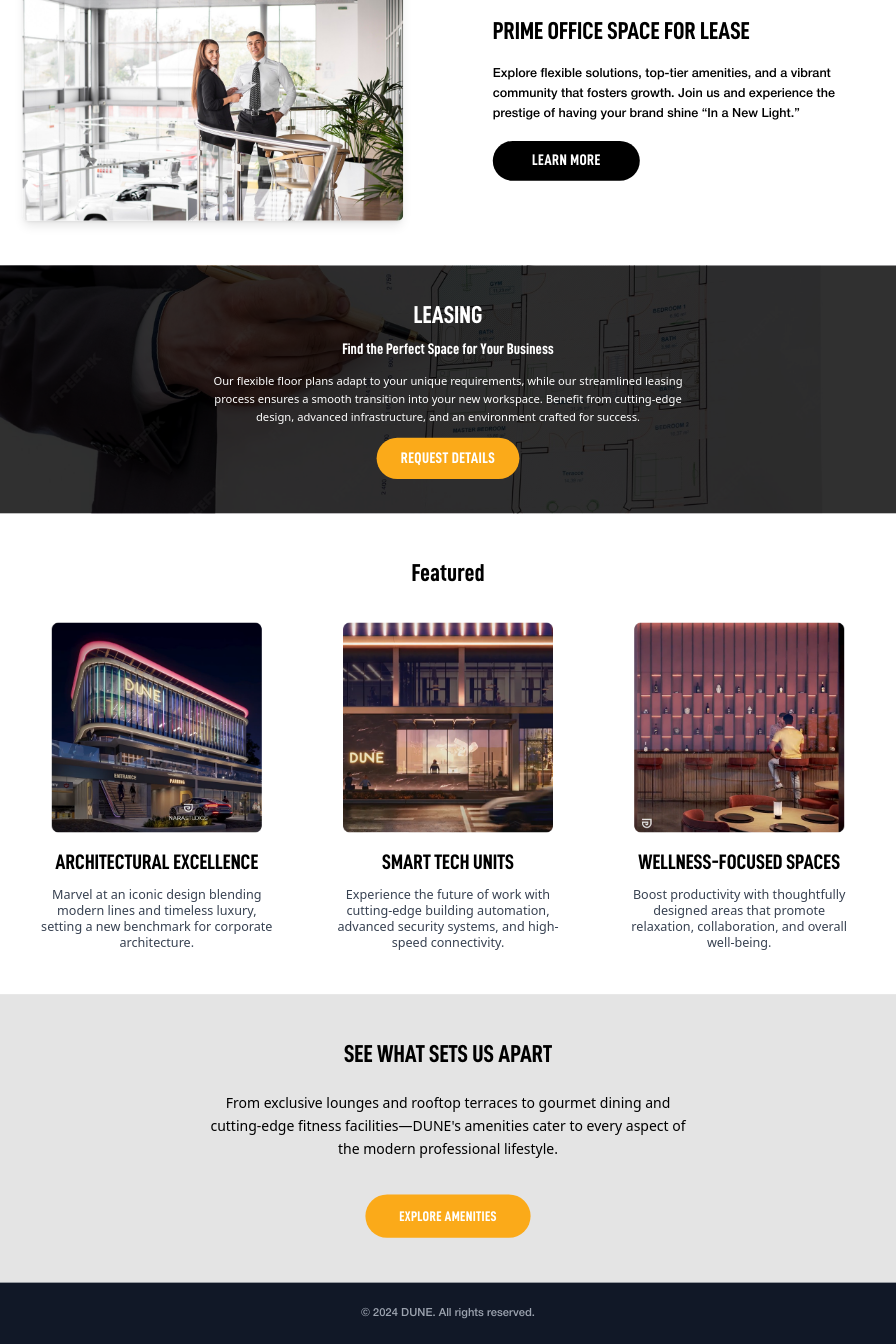
Repository: ahmedassr5765/dune
Page: index.html
The author's editor kept a copy of each file at every save. The page is drawn from the files as they stood at one save, then again after the next save.
The browser window is 1280 px wide. The pictures show the part of the page from y = 1726 to 3646 px (the page is 3646 px tall before and 3598 px after), at 70% of full size.
Some web libraries are served in a nearby version.

Above is the page before, as saved 2025-07-12 19:02:02.

### index.html
<!DOCTYPE html>
<html lang="en" dir="ltr">
<head>
    <meta charset="UTF-8">
    <meta name="viewport" content="width=device-width, initial-scale=1.0">
    <title>DUNE</title>

    <!-- Google Fonts -->
    <link rel="preconnect" href="https://fonts.googleapis.com">
    <link rel="preconnect" href="https://fonts.gstatic.com" crossorigin>
    <link href="https://fonts.googleapis.com/css2?family=DM+Serif+Display:ital@0;1&display=swap" rel="stylesheet">

    <!-- Local Fonts -->
    <style>
        @font-face {
            font-family: 'D-DIN Condensed';
            src: url('./Fonts/D-DINCondensed-Bold.otf') format('opentype');
            font-weight: 700;
            font-style: normal;
        }

        @font-face {
            font-family: 'Helvetica Neue';
            src: url('./Fonts/HelveticaNeueMedium.otf') format('opentype');
            font-weight: 400;
            font-style: normal;
        }
    </style>

    <!-- TailwindCSS -->
    <script src="https://cdn.tailwindcss.com"></script>

    <!-- TailwindCSS Configuration -->
    <script>
        tailwind.config = {
            theme: {
                extend: {
                    fontFamily: {
                        'ddin': ['D-DIN Condensed', 'sans-serif'],
                        'helvetica': ['Helvetica Neue', 'sans-serif'],
                        'dm-serif': ['DM Serif Display', 'serif'],
                    }
                }
            }
        }
    </script>

    <!-- Custom Styles -->
    <style>
        /* RTL Support */
        [dir="rtl"] {
            text-align: right;
        }

        [dir="rtl"] .header-container {
            flex-direction: row-reverse;
        }

        [dir="rtl"] .logo {
            order: 3;
            margin-left: 0;
            margin-right: 0;
        }

        [dir="rtl"] .nav-items {
            order: 2;
            flex-direction: row;
            margin-left: 0;
            margin-right: 0;
            flex: 1;
            justify-content: center;
        }

        [dir="rtl"] .lang-toggle {
            order: 1;
            margin-left: 0;
            margin-right: 0;
        }

        [dir="rtl"] .nav-items a {
            margin-left: 0;
            margin-right: 0;
        }

        /* Language Toggle Button */
        .lang-toggle {
            transition: all 0.3s ease;
        }

        .lang-toggle:hover {
            transform: scale(1.05);
        }

        /* Navigation Active State */
        .nav-active {
            color: #f59e0b;
        }

        /* RTL Animation */
        .rtl-transition {
            transition: all 0.5s ease;
        }

        /* Black Top Bar */
        .top-bar {
            background-color: #000000;
            height: 63px;
        }
    </style>
</head>
<body class="font-helvetica bg-gray-50 rtl-transition">
    <!-- Black Top Bar -->
    <div class="top-bar"></div>

    <!-- Header -->
    <header class="max-w-[1440px] mx-auto bg-white shadow-sm">
        <div class="max-w-8xl mx-auto px-4 border-[#E5E5E5] border-2 sm:px-6 lg:px-8">
            <div class="flex justify-between items-center py-6 header-container">
                <div class="flex items-center logo">
                    <a href="#" class="flex items-center">
                        <img src="/images/logo.svg" alt="DUNE" class="h-8 w-auto">
                    </a>
                </div>
                <nav class="hidden md:flex space-x-20 nav-items">
                    <a href="#" class="text-black hover:text-[#FBAA19] px-3 py-2 text-[24px] font-ddin transition-colors duration-200 nav-link" data-en="HOME" data-ar="الرئيسية">HOME</a>
                    <a href="#" class="text-black hover:text-[#FBAA19] px-3 py-2 text-[24px] font-ddin transition-colors duration-200 nav-link" data-en="ABOUT US" data-ar="معلومات عنا">ABOUT US</a>
                    <a href="#" class="text-black hover:text-[#FBAA19] px-3 py-2 text-[24px] font-ddin transition-colors duration-200 nav-link" data-en="LEASING" data-ar="الإيجار">LEASING</a>
                    <a href="#" class="text-black hover:text-[#FBAA19] px-3 py-2 text-[24px] font-ddin transition-colors duration-200 nav-link" data-en="AMENITIES" data-ar="الخدمات">AMENITIES</a>
                    <a href="#" class="text-black hover:text-[#FBAA19] px-3 py-2 text-[24px] font-ddin transition-colors duration-200 nav-link" data-en="CONTACT US" data-ar="اتصل بنا">CONTACT US</a>
                </nav>
                <div class="flex items-center lang-toggle">
                    <button id="languageToggle" class="bg-black text-white px-4 py-2 text-[28px] font-normal font-dm-serif hover:bg-gray-800 transition-colors duration-200 focus:outline-none focus:ring-2 focus:ring-gray-500 focus:ring-offset-2 rounded-[5px]">
                        En
                    </button>
                </div>
            </div>
        </div>
    </header>

    <!-- Hero Section -->
    <section class="max-w-[1440px] mx-auto relative h-[1024px] bg-cover bg-center bg-no-repeat" style="background-image: url('/images/hero.png');">

        <!-- Text Content Container with Overlay -->
        <div class="absolute bottom-0 left-0 right-0 z-10 h-[350px]">
            <!-- Text Background Overlay -->
            <div class="absolute inset-0" style="background-color: #000000A8;"></div>

            <!-- Text Content -->
            <div class="relative z-20 max-w-7xl mx-auto px-4 sm:px-6 lg:px-8 pb-[90px] pt-[55px] h-full flex flex-col justify-end">
                <div class="">
                    <!-- Main Heading -->
                    <h1 class="text-white font-bold font-ddin mb-4 leading-tight hero-title drop-shadow-lg"
                        style="font-size: 26px; max-width: 741px;"
                        data-en="A premier luxury destination for global brands in the heart of New Cairo."
                        data-ar="وجهة فاخرة ومتميزة للعلامات التجارية العالمية في قلب القاهرة الجديدة.">
                        A premier luxury destination for global brands in the heart of New Cairo.
                    </h1>

                    <!-- Subtitle -->
                    <p class="text-white mb-8 leading-relaxed hero-subtitle font-[300px] font-sans text-[22px] w-[1100px]"
                       data-en="Discover a new era of workspace excellence—where innovation, convenience, and exclusivity converge. Step into DUNE to experience a visionary environment designed for today's most ambitious enterprises."
                       data-ar="اكتشف عصرًا جديدًا من التميز في مساحات العمل، حيث تلتقي الابتكارات والراحة والحصرية. تفضل بزيارة DUNE لتجربة بيئة عمل واعدة مصممة خصيصًا للشركات الأكثر طموحًا في عصرنا.">
                        Discover a new era of workspace excellence—where innovation, convenience, and exclusivity converge. Step into DUNE to experience a visionary environment designed for today's most ambitious enterprises.
                    </p>

                    <!-- CTA Button -->
                    <button class="bg-[#FBAA19] hover:bg-[#e09915] text-white py-[17px] px-[43px] rounded-full text-[20px] transition-colors duration-300 uppercase tracking-wide hero-cta font-ddin"
                            data-en="SCHEDULE A TOUR"
                            data-ar="جدولة جولة">
                        SCHEDULE A TOUR
                    </button>
                </div>
            </div>
        </div>

        <!-- Bottom Logo/Branding -->
        <div class="absolute bottom-8 right-8 z-30">
            <div class="text-white text-xs opacity-60 drop-shadow-md">
                <span class="hero-brand font-ddin" data-en="NARA STUDIOS" data-ar="استوديوهات نارا">NARA STUDIOS</span>
            </div>
        </div>

    </section>

    <!-- Welcome to DUNE Section -->
    <section class="max-w-[1440px] mx-auto bg-white py-16">
        <div class="max-w-7xl mx-auto px-4 sm:px-6 lg:px-8">

            <!-- Welcome to DUNE Block -->
            <div class="grid md:grid-cols-2 gap-12 items-center mb-20">
                <!-- Text Content -->
                <div class="space-y-6">
                    <h2 class="text-black font-bold font-ddin text-[35px] leading-tight welcome-title"
                        data-en="WELCOME TO DUNE"
                        data-ar="مرحباً بكم في DUNE">
                        WELCOME TO DUNE
                    </h2>

                    <p class="text-black text-[18px] max-w-[470px] font-normal leading-relaxed font-helvetica welcome-desc"
                       data-en="DUNE redefines modern business environments. Strategically located in New Cairo's thriving hub, we provide state-of-the-art office and retail spaces to empower multinational companies and elevate the standard of luxury and innovation."
                       data-ar="يُعيد &quot;DUNE&quot; تعريف بيئات الأعمال العصرية. بموقعه الاستراتيجي في قلب القاهرة الجديدة النابض بالحياة، نوفر مساحات مكتبية وتجارية متطورة تُمكّن الشركات متعددة الجنسيات من تحقيق نموّ متسارع، وترتقي بمستوى الفخامة والابتكار.">
                        DUNE redefines modern business environments. Strategically located in New Cairo's thriving hub, we provide state-of-the-art office and retail spaces to empower multinational companies and elevate the standard of luxury and innovation.
                    </p>

                    <button class="bg-black hover:bg-gray-800 text-white py-[12px] px-[56px] rounded-full text-[22px] font-bold transition-colors duration-300 uppercase tracking-wide welcome-cta font-ddin"
                            data-en="LEARN MORE"
                            data-ar="اعرف المزيد">
                        LEARN MORE
                    </button>
                </div>

                <!-- Image -->
                <div class="relative">
                    <img src="/images/welcome.png" alt="DUNE Building" class="w-[600px] h-[350px] object-cover rounded-lg shadow-lg">
                </div>
            </div>

            <!-- Prime Office Space Block -->
            <div class="grid md:grid-cols-2 gap-[128px] items-center">
                <!-- Image -->
                <div class="relative order-2 md:order-1">
                    <img src="/images/office.png" alt="Office Interior" class="w-[600px] h-[350px] object-cover rounded-lg shadow-lg">
                </div>

                <!-- Text Content -->
                <div class="space-y-6 order-1 md:order-2">
                    <h2 class="text-black font-bold font-ddin text-[35px] leading-tight office-title"
                        data-en="PRIME OFFICE SPACE FOR LEASE"
                        data-ar="مساحات مكتبية متميزة للإيجار">
                        PRIME OFFICE SPACE FOR LEASE
                    </h2>

                    <p class="text-black text-[18px] max-w-[498px] font-normal leading-relaxed font-helvetica office-desc"
                       data-en="Explore flexible solutions, top-tier amenities, and a vibrant community that fosters growth. Join us and experience the prestige of having your brand shine &quot;In a New Light.&quot;"
                       data-ar="استكشف حلولاً مرنة، ومرافق فاخرة، ومجتمعًا نابضًا بالحياة يُعزز النمو
                       . انضم إلينا واختبر روعة علامتك التجارية التي تتألق &quot;في ضوء جديد&quot;.">
                       Explore flexible solutions, top-tier amenities, and a vibrant community
                       that fosters growth. Join us and experience the prestige
                       of having your brand shine “In a New Light.”
                    </p>

                    <button class="bg-black hover:bg-gray-800 text-white py-[12px] px-[56px] rounded-full text-[22px] font-bold transition-colors duration-300 uppercase tracking-wide office-cta font-ddin"
                            data-en="LEARN MORE"
                            data-ar="اعرف المزيد">
                        LEARN MORE
                    </button>
                </div>
            </div>

        </div>
    </section>

    <!-- Leasing Section -->
    <section class="max-w-[1440px] mx-auto relative h-[354px] bg-cover bg-center bg-no-repeat" style="background-image: url('/images/leasing.png');">

        <!-- Dark Overlay -->
        <div class="absolute inset-0" style="background-color: #000000CF;"></div>

        <!-- Content -->
        <div class="relative z-10 h-full flex flex-col justify-center items-center text-center px-4 sm:px-6 lg:px-8">
            <div class="max-w-4xl mx-auto">
                <!-- Main Heading -->
                <h2 class="text-white font-bold font-ddin text-[35px] mb-[14px] leading-tight leasing-title"
                    data-en="LEASING"
                    data-ar="التأجير">
                    LEASING
                </h2>

                <!-- Subheading -->
                <h3 class="text-white font-bold font-ddin text-[22px] mb-[17px] leading-tight leasing-subtitle"
                    data-en="Find the Perfect Space for Your Business"
                    data-ar="اعثر على المساحة المثالية لعملك">
                    Find the Perfect Space for Your Business
                </h3>

                <!-- Description -->
                <p class="text-white text-[16px] leading-relaxed font-normal font-sans mb-[17px] max-w-[689px] mx-auto leasing-desc"
                   data-en="Our flexible floor plans adapt to your unique requirements, while our streamlined leasing process ensures a smooth transition into your new workspace. Benefit from cutting-edge design, advanced infrastructure, and an environment crafted for success."
                   data-ar="تتكيف مخططات الأرضيات المرنة لدينا مع متطلباتك الفريدة، بينما تضمن عملية التأجير المبسطة لدينا انتقالاً سلساً إلى مساحة العمل الجديدة. استفد من التصميم المتطور والبنية التحتية المتقدمة والبيئة المصممة للنجاح.">
                    Our flexible floor plans adapt to your unique requirements, while our streamlined leasing process ensures a smooth transition into your new workspace. Benefit from cutting-edge design, advanced infrastructure, and an environment crafted for success.
                </p>

                <!-- CTA Button -->
                <button class="bg-[#FBAA19] hover:bg-[#e09915] text-white py-[13px] px-[34px] rounded-full text-[22px] font-bold transition-colors duration-300 uppercase tracking-wide leasing-cta font-ddin"
                        data-en="REQUEST DETAILS"
                        data-ar="طلب التفاصيل">
                    REQUEST DETAILS
                </button>
            </div>
        </div>

    </section>

    <!-- Featured Section -->
    <section class="max-w-[1440px] mx-auto bg-white py-16">
        <div class="max-w-7xl mx-auto px-4 sm:px-6 lg:px-8">

            <!-- Main Heading -->
            <div class="text-center mb-12">
                <h2 class="text-black font-bold font-ddin text-[35px] leading-tight featured-main-title"
                    data-en="Featured"
                    data-ar="مميز">
                    Featured
                </h2>
            </div>

            <!-- Featured Grid -->
            <div class="grid md:grid-cols-3 gap-8">

                <!-- Featured Item 1 -->
                <div class="text-center">
                    <div class="relative overflow-hidden rounded-lg mb-6">
                        <img src="/images/featured.png" alt="Architectural Excellence" class="w-[300px] h-[300px] object-cover mx-auto">
                    </div>
                    <h3 class="text-black font-bold font-ddin text-[30px] mb-4 leading-tight featured-title-1"
                        data-en="ARCHITECTURAL EXCELLENCE"
                        data-ar="التميز المعماري">
                        ARCHITECTURAL EXCELLENCE
                    </h3>
                    <p class="text-gray-700 text-[18px] leading-tight font-sans max-w-[338px] mx-auto featured-desc-1"
                       data-en="Marvel at an iconic design blending modern lines and timeless luxury, setting a new benchmark for corporate architecture."
                       data-ar="استمتع بتصميم أيقوني يمزج بين الخطوط الحديثة والفخامة الخالدة، مما يضع معياراً جديداً للعمارة المؤسسية.">
                        Marvel at an iconic design blending modern lines and timeless luxury, setting a new benchmark for corporate architecture.
                    </p>
                </div>

                <!-- Featured Item 2 -->
                <div class="text-center">
                    <div class="relative overflow-hidden rounded-lg mb-6">
                        <img src="/images/featured-2.png" alt="Smart Tech Units" class="w-[300px] h-[300px] object-cover mx-auto">
                    </div>
                    <h3 class="text-black font-bold font-ddin text-[30px] mb-4 leading-tight featured-title-2"
                        data-en="SMART TECH UNITS"
                        data-ar="وحدات التكنولوجيا الذكية">
                        SMART TECH UNITS
                    </h3>
                    <p class="text-gray-700 text-[18px] leading-tight font-sans max-w-[338px] mx-auto featured-desc-2"
                       data-en="Experience the future of work with cutting-edge building automation, advanced security systems, and high-speed connectivity."
                       data-ar="اختبر مستقبل العمل مع أتمتة المباني المتطورة وأنظمة الأمان المتقدمة والاتصال عالي السرعة.">
                        Experience the future of work with cutting-edge building automation, advanced security systems, and high-speed connectivity.
                    </p>
                </div>

                <!-- Featured Item 3 -->
                <div class="text-center">
                    <div class="relative overflow-hidden rounded-lg mb-6">
                        <img src="/images/featured-3.png" alt="Wellness-Focused Spaces" class="w-[300px] h-[300px] object-cover mx-auto">
                    </div>
                    <h3 class="text-black font-bold font-ddin text-[30px] mb-4 leading-tight featured-title-3"
                        data-en="WELLNESS-FOCUSED SPACES"
                        data-ar="المساحات المركزة على العافية">
                        WELLNESS-FOCUSED SPACES
                    </h3>
                    <p class="text-gray-700 text-[18px] leading-tight font-sans max-w-[338px] mx-auto featured-desc-3"
                       data-en="Boost productivity with thoughtfully designed areas that promote relaxation, collaboration, and overall well-being."
                       data-ar="عزز الإنتاجية مع المناطق المصممة بعناية التي تعزز الاسترخاء والتعاون والرفاهية العامة.">
                        Boost productivity with thoughtfully designed areas that promote relaxation, collaboration, and overall well-being.
                    </p>
                </div>

            </div>

        </div>
    </section>

    <!-- See What Sets Us Apart Section -->
    <section class="max-w-[1440px] mx-auto bg-[#E4E4E4] py-16">
        <div class="max-w-7xl mx-auto px-4 sm:px-6 lg:px-8">

            <!-- Content Container -->
            <div class="text-center">

                <!-- Main Heading -->
                <h2 class="text-black font-bold font-ddin text-[35px] mb-8 leading-tight apart-main-title"
                    data-en="SEE WHAT SETS US APART"
                    data-ar="اكتشف ما يميزنا">
                    SEE WHAT SETS US APART
                </h2>

                <!-- Description -->
                <p class="text-black text-[20px] leading-relaxed font-sans max-w-[700px] mx-auto mb-12 apart-description"
                   data-en="From exclusive lounges and rooftop terraces to gourmet dining and cutting-edge fitness facilities—DUNE's amenities cater to every aspect of the modern professional lifestyle."
                   data-ar="من الصالات الحصرية والمدرجات على الأسطح إلى تناول الطعام الفاخر ومرافق اللياقة البدنية المتطورة - تلبي وسائل الراحة في ديون كل جانب من جوانب نمط الحياة المهنية الحديثة.">
                    From exclusive lounges and rooftop terraces to gourmet dining and cutting-edge fitness facilities—DUNE's amenities cater to every aspect of the modern professional lifestyle.
                </p>

                <!-- CTA Button -->
                <button class="bg-[#FBAA19] hover:bg-[#e09915] text-white py-[16px] px-[48px] rounded-full text-[20px] font-bold transition-colors duration-300 uppercase tracking-wide apart-cta font-ddin"
                        data-en="EXPLORE AMENITIES"
                        data-ar="استكشف المرافق">
                    EXPLORE AMENITIES
                </button>

            </div>

        </div>
    </section>

    <!-- Footer -->
    <footer class="bg-gray-900 text-white">
        <div class="max-w-7xl mx-auto px-4 sm:px-6 lg:px-8 py-8">
            <div class="text-center">
                <p class="text-gray-400 footer-text" data-en="&copy; 2024 DUNE. All rights reserved." data-ar="&copy; 2024 ديون. جميع الحقوق محفوظة.">&copy; 2024 DUNE. All rights reserved.</p>
            </div>
        </div>
    </footer>

    <!-- External JavaScript -->
    <script src="index.js"></script>
</body>
</html>

Loaded but not shown: index.js (188 lines, source omitted)

After the next save:
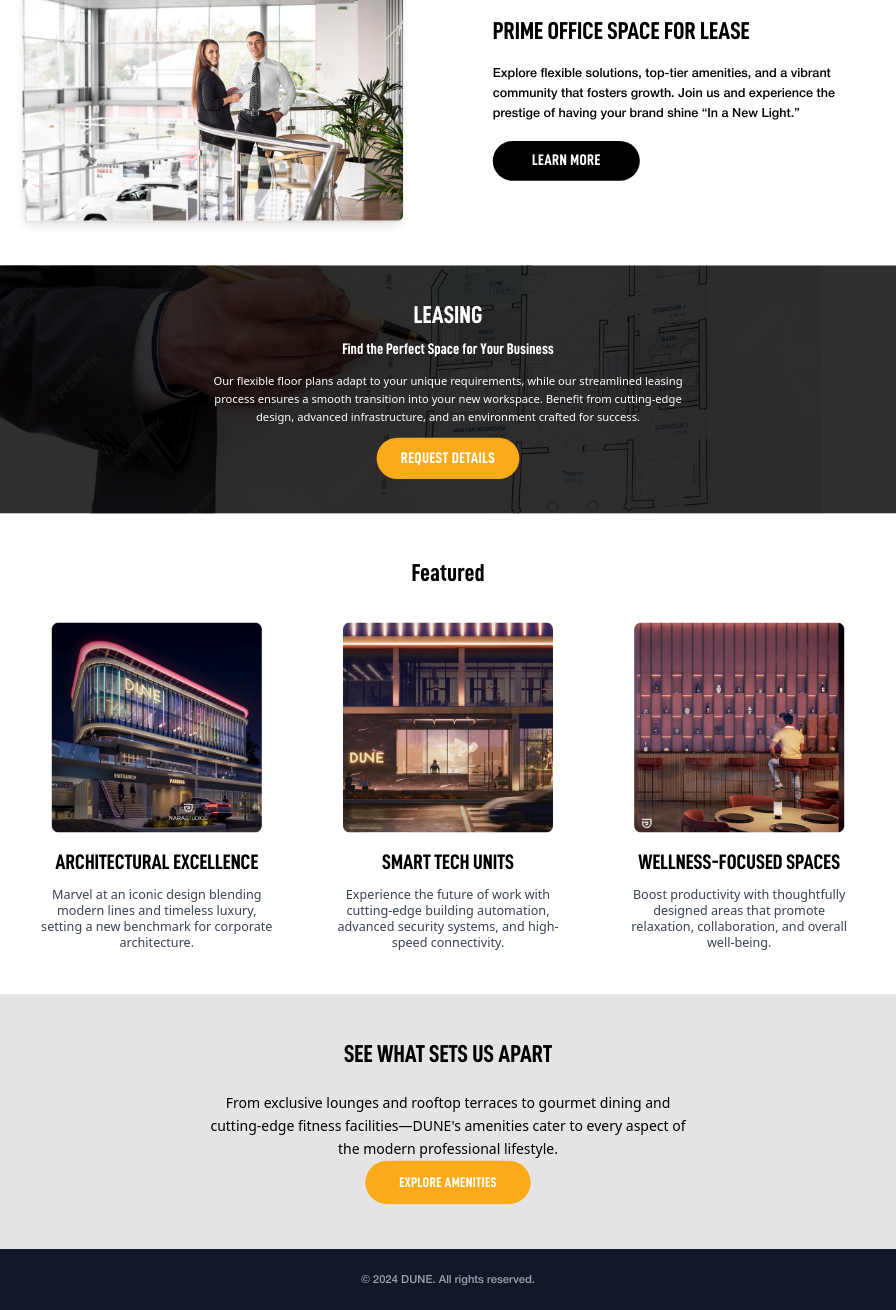
Saved 15 s later.
--- a/index.html
+++ b/index.html
@@ -378,7 +378,7 @@
                 </h2>
 
                 <!-- Description -->
-                <p class="text-black text-[20px] leading-relaxed font-sans max-w-[700px] mx-auto mb-12 apart-description"
+                <p class="text-black text-[20px] leading-relaxed font-sans max-w-[700px] mx-auto mb-[] apart-description"
                    data-en="From exclusive lounges and rooftop terraces to gourmet dining and cutting-edge fitness facilities—DUNE's amenities cater to every aspect of the modern professional lifestyle."
                    data-ar="من الصالات الحصرية والمدرجات على الأسطح إلى تناول الطعام الفاخر ومرافق اللياقة البدنية المتطورة - تلبي وسائل الراحة في ديون كل جانب من جوانب نمط الحياة المهنية الحديثة.">
                     From exclusive lounges and rooftop terraces to gourmet dining and cutting-edge fitness facilities—DUNE's amenities cater to every aspect of the modern professional lifestyle.
